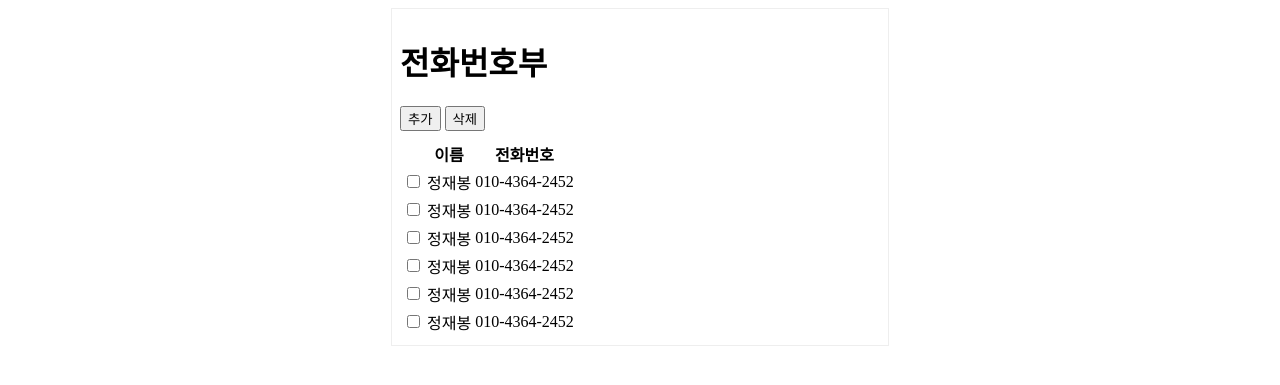
Repository: limjh0513/DGSW_JAVA
Page: 2학기/JAVA_WEB/web/src/main/webapp/phoneBook/phoneBook.html
The author's editor kept a copy of each file at every save. The page is drawn from the files as they stood at one save, then again after the next save.
The browser window is 1280 px wide. The pictures show the whole page.

Above is the page before, as saved 2021-11-03 02:13:38.

After the next save:
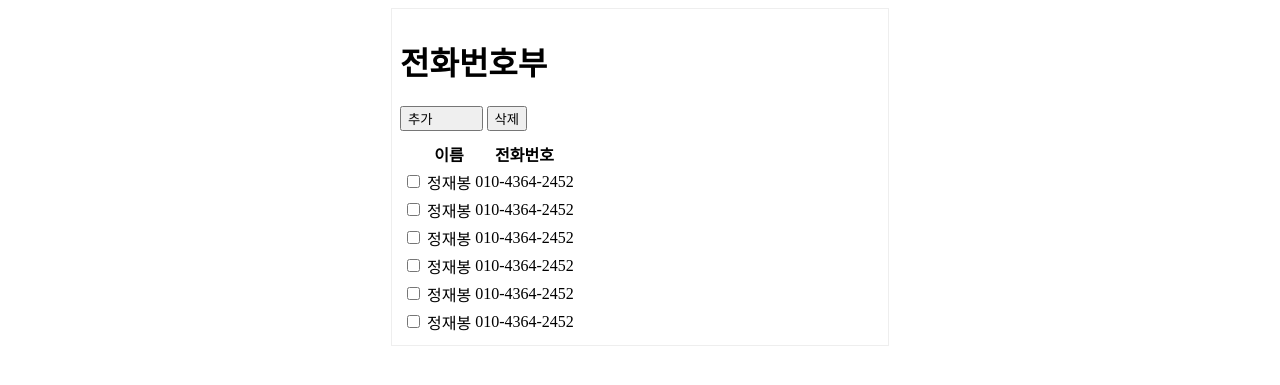
Saved 18 s later.
--- a/2학기/JAVA_WEB/web/src/main/webapp/phoneBook/phoneBook.html
+++ b/2학기/JAVA_WEB/web/src/main/webapp/phoneBook/phoneBook.html
@@ -8,8 +8,8 @@
 <body>
 	<div class="main">
 		<h1>전화번호부</h1>
-		<div class="btn">
-			<button>추가</button>
+		<div >
+			<button class="btn">추가</button>
 			<button>삭제</button>
 		</div>
 
